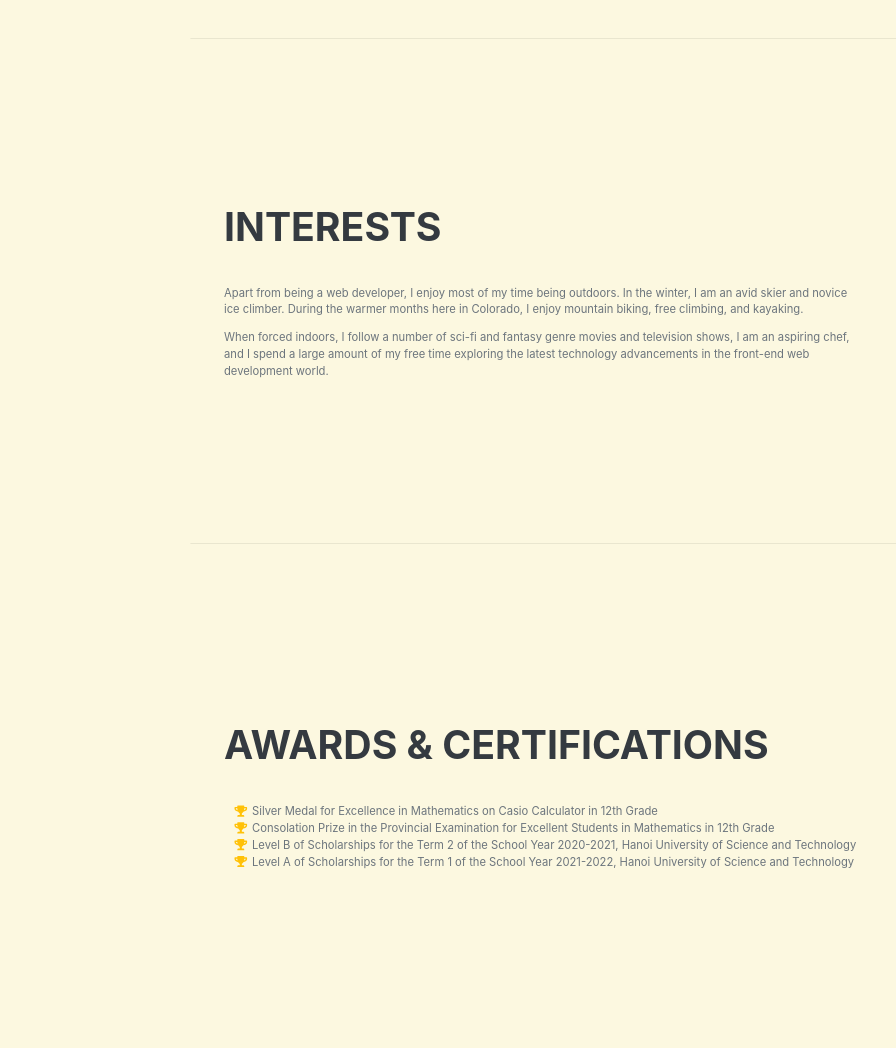
Repository: nguyenlcc/Online-CV
Page: index.html
An editor plug-in stored every save of this project. The page is shown before and after the next save, followed by the edit.
The browser window is 1280 px wide. The pictures show the part of the page from y = 3134 to 5054 px (the page is 4631 px tall before and 5352 px after), at 70% of full size.
Some web fonts or font styles are not loaded; a fallback is used. Some web libraries are served in a nearby version.

Above is the page before, as saved 2022-05-23 01:39:22.

### index.html
<!DOCTYPE html>
<html lang="en">
  <head>
    <meta charset="utf-8" />
    <meta
      name="viewport"
      content="width=device-width, initial-scale=1, shrink-to-fit=no"
    />
    <meta name="description" content="" />
    <meta name="author" content="" />
    <title>Le Cong Nguyen</title>
    <link rel="icon" type="image/x-icon" href="assets/img/favicon.ico" />
    <!-- Font Awesome icons (free version)-->
    <script
      src="https://use.fontawesome.com/releases/v5.13.0/js/all.js"
      crossorigin="anonymous"
    ></script>
    <!-- Google fonts-->
    <link
      href="https://fonts.googleapis.com/css?family=Saira+Extra+Condensed:500,700"
      rel="stylesheet"
      type="text/css"
    />
    <link
      href="https://fonts.googleapis.com/css?family=Muli:400,400i,800,800i"
      rel="stylesheet"
      type="text/css"
    />
    <!-- Core theme CSS (includes Bootstrap)-->
    <link href="css/styles.css" rel="stylesheet" />
  </head>
  <body id="page-top">
    <!-- Navigation-->
    <nav
      class="navbar navbar-expand-lg navbar-dark bg-primary fixed-top"
      id="sideNav"
    >
      <a class="navbar-brand js-scroll-trigger" href="#page-top">
        <span class="d-block d-lg-none">LE CONG NGUYEN</span>
        <span class="d-none d-lg-block"
          ><img
            class="img-fluid img-profile rounded-circle mx-auto mb-2"
            src="assets/img/profile.jpg"
            alt=""
        /></span>
      </a>
      <button
        class="navbar-toggler"
        type="button"
        data-toggle="collapse"
        data-target="#navbarSupportedContent"
        aria-controls="navbarSupportedContent"
        aria-expanded="false"
        aria-label="Toggle navigation"
      >
        <span class="navbar-toggler-icon"></span>
      </button>
      <div class="collapse navbar-collapse" id="navbarSupportedContent">
        <ul class="navbar-nav">
          <li class="nav-item">
            <a class="nav-link js-scroll-trigger" href="#about">About</a>
          </li>
          <li class="nav-item">
            <a class="nav-link js-scroll-trigger" href="#experience"
              >Experience</a
            >
          </li>
          <li class="nav-item">
            <a class="nav-link js-scroll-trigger" href="#education"
              >Education</a
            >
          </li>
          <li class="nav-item">
            <a class="nav-link js-scroll-trigger" href="#skills">Skills</a>
          </li>
          <li class="nav-item">
            <a class="nav-link js-scroll-trigger" href="#projects">Projects</a>
          </li>
          <li class="nav-item">
            <a class="nav-link js-scroll-trigger" href="#interests"
              >Interests</a
            >
          </li>
          <li class="nav-item">
            <a class="nav-link js-scroll-trigger" href="#awards">Awards</a>
          </li>
        </ul>
      </div>
    </nav>
    <!-- Page Content-->
    <div class="container-fluid p-0">
      <!-- About-->
      <section class="resume-section" id="about">
        <div class="resume-section-content">
          <h1 class="mb-0">
            LE CONG
            <span class="text-primary">NGUYEN</span>
          </h1>
          <div class="subheading mb-5">
            <i class="fas fa-address-card"></i>
            THINH LIET, HOANG MAI, HA NOI · 0904532091 ·
            <a href="mailto:name@email.com">nguyen.lc41@gmail.com</a>
          </div>
          <p class="lead mb-5">
            I am experienced in leveraging agile frameworks to provide a robust
            synopsis for high level overviews. Iterative approaches to corporate
            strategy foster collaborative thinking to further the overall value
            proposition.
          </p>
          <div class="social-icons">
            <a class="social-icon" href="https://github.com/nguyenlecong"
              ><i class="fab fa-github"></i
            ></a>
            <a
              class="social-icon"
              href="https://www.linkedin.com/in/nguy%C3%AAn-l%C3%AA-c%C3%B4ng-0b1731233/"
            >
              <i class="fab fa-linkedin-in"></i>
            </a>
            <a class="social-icon" href="https://www.facebook.com/nguyenlc5139/"
              ><i class="fab fa-facebook-f"></i
            ></a>
          </div>
        </div>
      </section>
      <hr class="m-0" />
      <!-- Experience-->
      <section class="resume-section" id="experience">
        <div class="resume-section-content">
          <h2 class="mb-5">Experience</h2>
          <div
            class="d-flex flex-column flex-md-row justify-content-between mb-5"
          >
            <div class="flex-grow-1">
              <h3 class="mb-0">Computer Vision Intern</h3>
              <div class="subheading mb-3">Arrow Technologies Vietnam</div>
              <p>
                Bring to the table win-win survival strategies to ensure
                proactive domination. At the end of the day, going forward, a
                new normal that has evolved from generation X is on the runway
                heading towards a streamlined cloud solution. User generated
                content in real-time will have multiple touchpoints for
                offshoring.
              </p>
            </div>
            <div class="flex-shrink-0">
              <span class="text-primary">September 2020 - December 2020</span>
            </div>
          </div>
          <div
            class="d-flex flex-column flex-md-row justify-content-between mb-5"
          >
            <div class="flex-grow-1">
              <h3 class="mb-0">AI Engineer Intern</h3>
              <div class="subheading mb-3">IBM Vietnam</div>
              <p>
                Capitalize on low hanging fruit to identify a ballpark value
                added activity to beta test. Override the digital divide with
                additional clickthroughs from DevOps. Nanotechnology immersion
                along the information highway will close the loop on focusing
                solely on the bottom line.
              </p>
            </div>
            <div class="flex-shrink-0">
              <span class="text-primary">June 2021 - September 2021</span>
            </div>
          </div>
          <div
            class="d-flex flex-column flex-md-row justify-content-between mb-5"
          >
            <div class="flex-grow-1">
              <h3 class="mb-0">Computer Vision Collaborator</h3>
              <div class="subheading mb-3">ThinkLABs JSC</div>
              <p>
                Podcasting operational change management inside of workflows to
                establish a framework. Taking seamless key performance
                indicators offline to maximise the long tail. Keeping your eye
                on the ball while performing a deep dive on the start-up
                mentality to derive convergence on cross-platform integration.
              </p>
            </div>
            <div class="flex-shrink-0">
              <span class="text-primary">December 2021 - June 2022</span>
            </div>
          </div>
        </div>
      </section>
      <hr class="m-0" />
      <!-- Education-->
      <section class="resume-section" id="education">
        <div class="resume-section-content">
          <h2 class="mb-5">Education</h2>
          <div
            class="d-flex flex-column flex-md-row justify-content-between mb-5"
          >
            <div class="flex-grow-1">
              <h3 class="mb-0">HANOI UNIVERSITY OF SCIENCE AND TECHNOLOGY</h3>
              <div class="subheading mb-3">
                SCHOOL OF INFORMATION AND COMMUNICATION TECHNOLOGY
              </div>
              <div>Computer Science</div>
              <p>GPA: 3.16</p>
            </div>
            <div class="flex-shrink-0">
              <span class="text-primary">August 2017 - Now</span>
            </div>
          </div>
        </div>
      </section>
      <hr class="m-0" />
      <!-- Skills-->
      <section class="resume-section" id="skills">
        <div class="resume-section-content">
          <h2 class="mb-5">Skills</h2>
          <div class="subheading mb-3">Programming Languages & Tools</div>
          <ul class="list-inline dev-icons">
            <li class="list-inline-item"><i class="fab fa-python"></i></li>
            <li class="list-inline-item"><i class="fab fa-github"></i></li>
            <li class="list-inline-item"><i class="fab fa-github"></i></li>
          </ul>
          <div class="subheading mb-3">Workflow</div>
          <ul class="fa-ul mb-0">
            <li>
              <span class="fa-li"><i class="fas fa-check"></i></span>
              Mobile-First, Responsive Design
            </li>
            <li>
              <span class="fa-li"><i class="fas fa-check"></i></span>
              Cross Browser Testing & Debugging
            </li>
          </ul>
        </div>
      </section>
      <hr class="m-0" />
      <!-- Interests-->
      <section class="resume-section" id="interests">
        <div class="resume-section-content">
          <h2 class="mb-5">Interests</h2>
          <p>
            Apart from being a web developer, I enjoy most of my time being
            outdoors. In the winter, I am an avid skier and novice ice climber.
            During the warmer months here in Colorado, I enjoy mountain biking,
            free climbing, and kayaking.
          </p>
          <p class="mb-0">
            When forced indoors, I follow a number of sci-fi and fantasy genre
            movies and television shows, I am an aspiring chef, and I spend a
            large amount of my free time exploring the latest technology
            advancements in the front-end web development world.
          </p>
        </div>
      </section>
      <hr class="m-0" />
      <!-- Awards-->
      <section class="resume-section" id="awards">
        <div class="resume-section-content">
          <h2 class="mb-5">Awards & Certifications</h2>
          <ul class="fa-ul mb-0">
            <li>
              <span class="fa-li"
                ><i class="fas fa-trophy text-warning"></i
              ></span>
              Silver Medal for Excellence in Mathematics on Casio Calculator in
              12th Grade
            </li>
            <li>
              <span class="fa-li"
                ><i class="fas fa-trophy text-warning"></i
              ></span>
              Consolation Prize in the Provincial Examination for Excellent
              Students in Mathematics in 12th Grade
            </li>
            <li>
              <span class="fa-li"
                ><i class="fas fa-trophy text-warning"></i
              ></span>
              Level B of Scholarships for the Term 2 of the School Year
              2020-2021, Hanoi University of Science and Technology
            </li>
            <li>
              <span class="fa-li"
                ><i class="fas fa-trophy text-warning"></i
              ></span>
              Level A of Scholarships for the Term 1 of the School Year
              2021-2022, Hanoi University of Science and Technology
            </li>
          </ul>
        </div>
      </section>
    </div>
    <!-- Bootstrap core JS-->
    <script src="https://cdnjs.cloudflare.com/ajax/libs/jquery/3.5.1/jquery.min.js"></script>
    <script src="https://stackpath.bootstrapcdn.com/bootstrap/4.5.0/js/bootstrap.bundle.min.js"></script>
    <!-- Third party plugin JS-->
    <script src="https://cdnjs.cloudflare.com/ajax/libs/jquery-easing/1.4.1/jquery.easing.min.js"></script>
    <!-- Core theme JS-->
    <script src="js/scripts.js"></script>
  </body>
</html>

### js/scripts.js
/*!
    * Start Bootstrap - Resume v6.0.1 (https://startbootstrap.com/template-overviews/resume)
    * Copyright 2013-2020 Start Bootstrap
    * Licensed under MIT (https://github.com/StartBootstrap/startbootstrap-resume/blob/master/LICENSE)
    */
    (function ($) {
    "use strict"; // Start of use strict

    // Smooth scrolling using jQuery easing
    $('a.js-scroll-trigger[href*="#"]:not([href="#"])').click(function () {
        if (
            location.pathname.replace(/^\//, "") ==
                this.pathname.replace(/^\//, "") &&
            location.hostname == this.hostname
        ) {
            var target = $(this.hash);
            target = target.length
                ? target
                : $("[name=" + this.hash.slice(1) + "]");
            if (target.length) {
                $("html, body").animate(
                    {
                        scrollTop: target.offset().top,
                    },
                    1000,
                    "easeInOutExpo"
                );
                return false;
            }
        }
    });

    // Closes responsive menu when a scroll trigger link is clicked
    $(".js-scroll-trigger").click(function () {
        $(".navbar-collapse").collapse("hide");
    });

    // Activate scrollspy to add active class to navbar items on scroll
    $("body").scrollspy({
        target: "#sideNav",
    });
})(jQuery); // End of use strict

Loaded but not shown: css/styles.css (library)

After the next save:
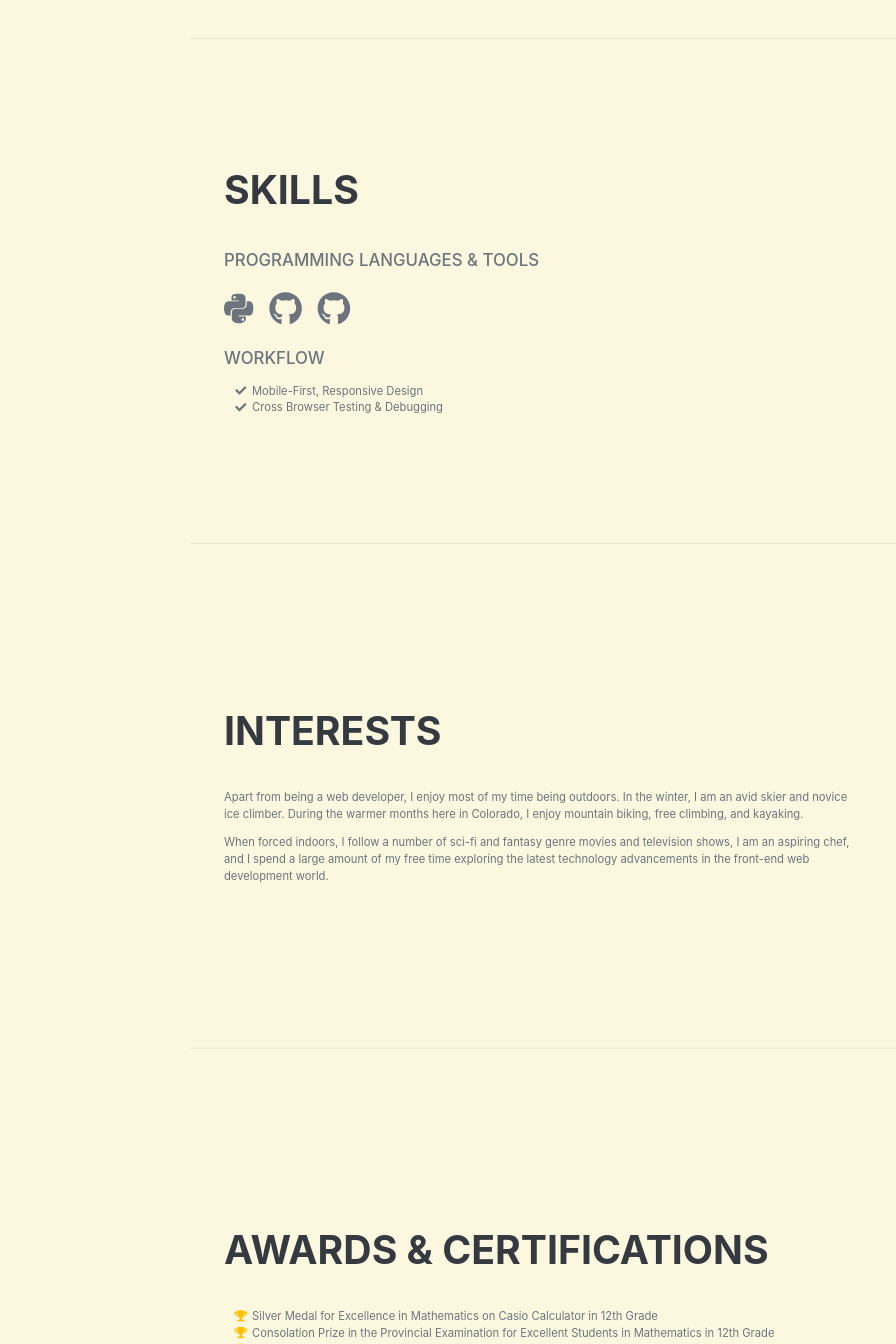
Saved 72 s later.
--- a/index.html
+++ b/index.html
@@ -232,6 +232,30 @@
         </div>
       </section>
       <hr class="m-0" />
+      <!-- Skills-->
+      <section class="resume-section" id="skills">
+        <div class="resume-section-content">
+          <h2 class="mb-5">Skills</h2>
+          <div class="subheading mb-3">Programming Languages & Tools</div>
+          <ul class="list-inline dev-icons">
+            <li class="list-inline-item"><i class="fab fa-python"></i></li>
+            <li class="list-inline-item"><i class="fab fa-github"></i></li>
+            <li class="list-inline-item"><i class="fab fa-github"></i></li>
+          </ul>
+          <div class="subheading mb-3">Workflow</div>
+          <ul class="fa-ul mb-0">
+            <li>
+              <span class="fa-li"><i class="fas fa-check"></i></span>
+              Mobile-First, Responsive Design
+            </li>
+            <li>
+              <span class="fa-li"><i class="fas fa-check"></i></span>
+              Cross Browser Testing & Debugging
+            </li>
+          </ul>
+        </div>
+      </section>
+      <hr class="m-0" />
       <!-- Interests-->
       <section class="resume-section" id="interests">
         <div class="resume-section-content">
